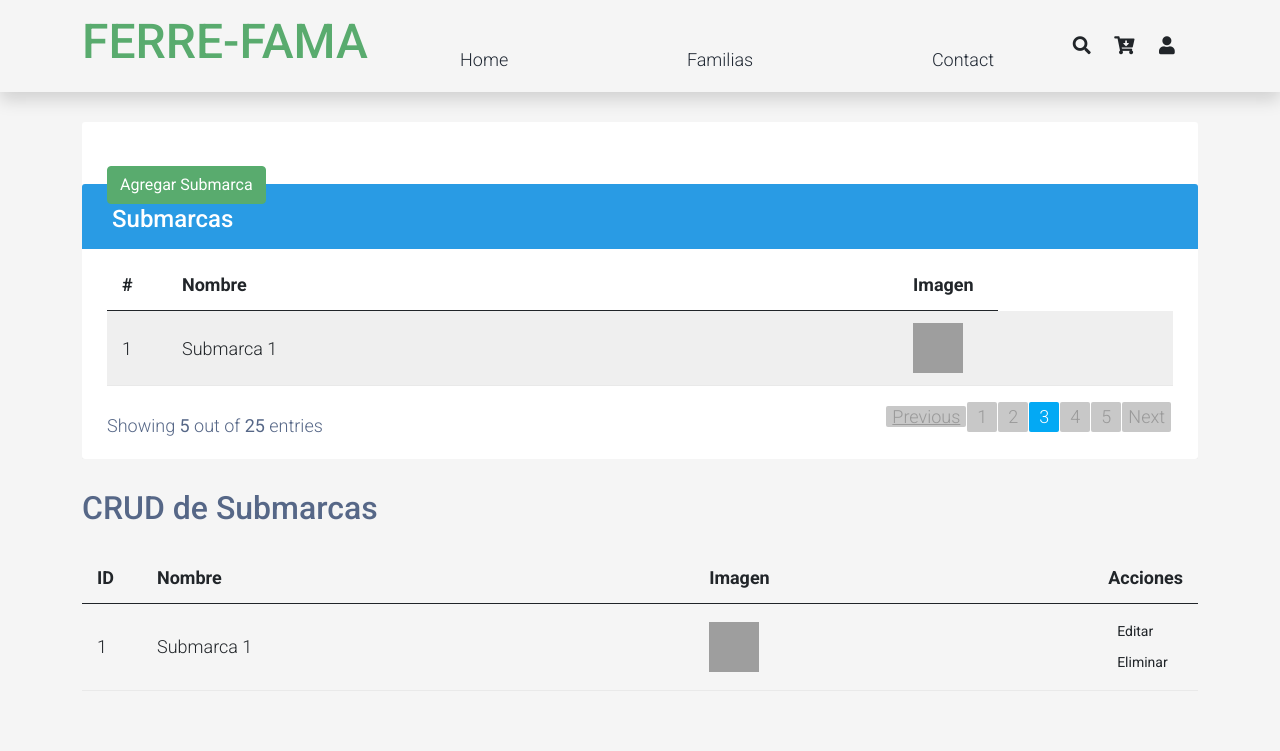
Repository: Yaqode/front-fama
Page: http://localhost/multimedia/Views/marcas.php
These files come from the project's save history. The page is drawn as it stood at one moment and after the next save; the edit follows.
The browser window is 1280 px wide. The pictures show the whole page.
Pictures or frames that could not be fetched are drawn as grey boxes. The page is run by PHP 8.4 with error messages shown; the project is at /var/www/html/.

Above is the page before, as saved 2023-12-07 11:15:34.

After the next save:
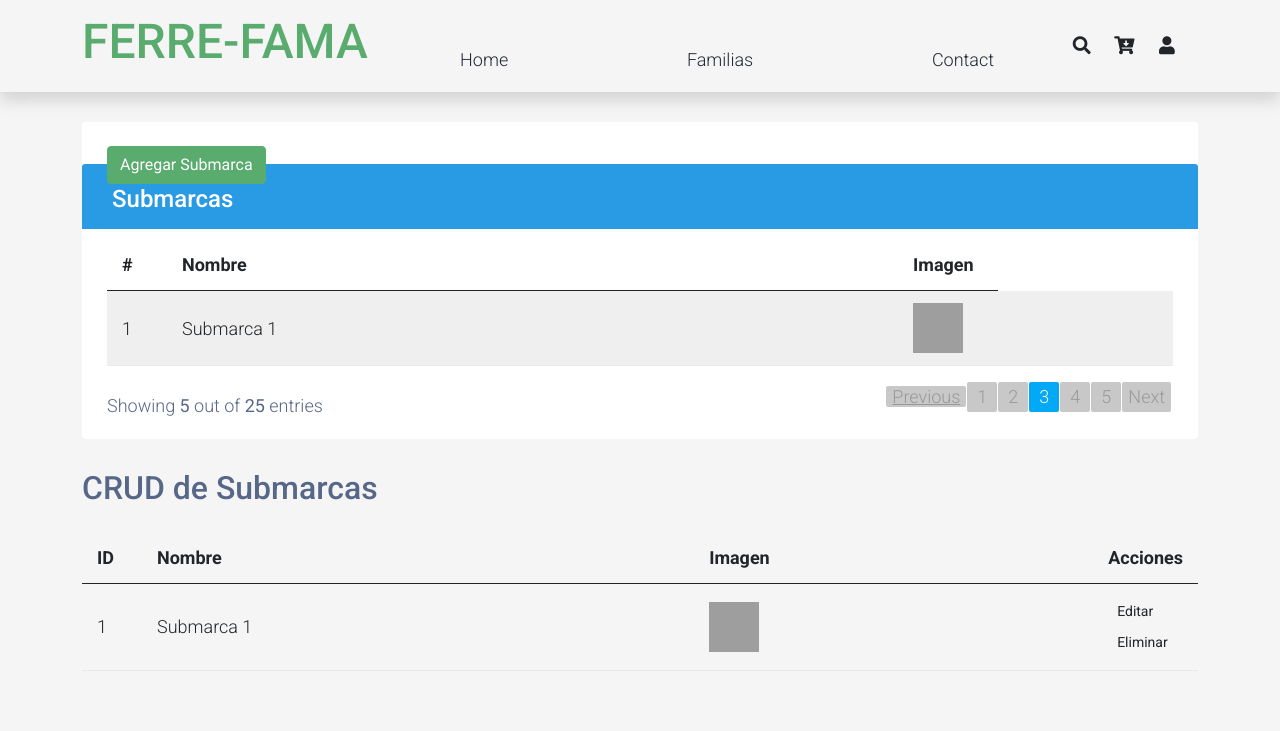
Saved 8 s later.
--- a/Views/marcas.php
+++ b/Views/marcas.php
@@ -243,7 +243,7 @@
     <div class="table-responsive">
         <div class="table-wrapper">
              <!-- Botón para abrir el modal de agregar submarca -->
-    <button type="button" class="btn btn-success text-white mt-4" data-bs-toggle="modal"
+    <button type="button" class="btn btn-success text-white mt-1" data-bs-toggle="modal"
         data-bs-target="#modalSubmarca">
         Agregar Submarca
     </button>
